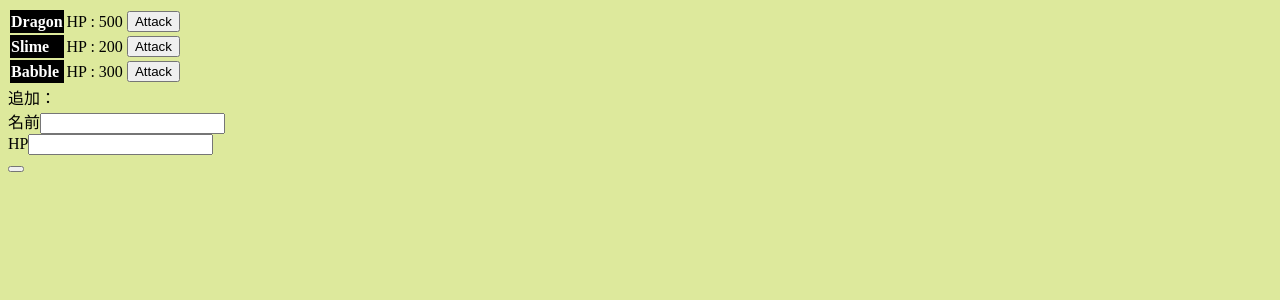
Repository: minoto9/vue_tutorial
Page: sampler/index.html
The author's editor kept a copy of each file at every save. The page is drawn from the files as they stood at one save, then again after the next save.
The browser window is 1280 px wide. The pictures show the whole page.

Above is the page before, as saved 2019-07-10 20:58:13.

### sampler/index.html
<!DOCTYPE html>
<html lang="ja">
<head>
    <meta charset="UTF-8">
    <meta name="viewport" content="width=device-width, initial-scale=1.0">
    <meta http-equiv="X-UA-Compatible" content="ie=edge">
    <link rel="stylesheet" href="style.css">
    <script src="https://cdn.jsdelivr.net/npm/vue@2.6.10/dist/vue.js"></script>
    <title>Document</title>
</head>
<body>
    <div id="app">
        <table>
            <tr v-for="item in list" v-bind:key="item.id">
                <td class="monsterName" v-bind:class="{warn: item.hp <= item.hp / 10}">{{ item.name }}</td>
                <td>HP : {{ item.hp }}</td>
                <td><button v-on:click="attack">Attack</button></td>
            </tr>
        </table>
        追加：<br>
        名前<input v-model="name"><br>
        HP<input v-model="hp"><br>
        <button v-on:click="doAdd"></button>
    </div>
    <script src="./main.js"></script>
</body>
</html>

### sampler/style.css
html {
    background-color: rgba(177, 204, 22, 0.425)
}

li {
    list-style: none;
}

.monsterName {
    background-color: black;
    color: white;
    font-weight: bold;
}

.warn {
    background-color: red;
}

### sampler/main.js
new Vue({
    el: '#app',
    data: {
        list: [
            {id: 1, name: "Dragon", hp: 500},
            {id: 2, name: "Slime", hp: 200},
            {id: 3, name: "Babble", hp: 300}
        ]
    },
    method: {
        doAdd: function() {
            var max = this.list.reduce(function(a,b) {
                return a > b.id ? a : b.id
            }, 0)
            this.list.push({
                id: max + 1,
                name: this.name,
                hp: this.hp
            })
        }
    }
})

After the next save:
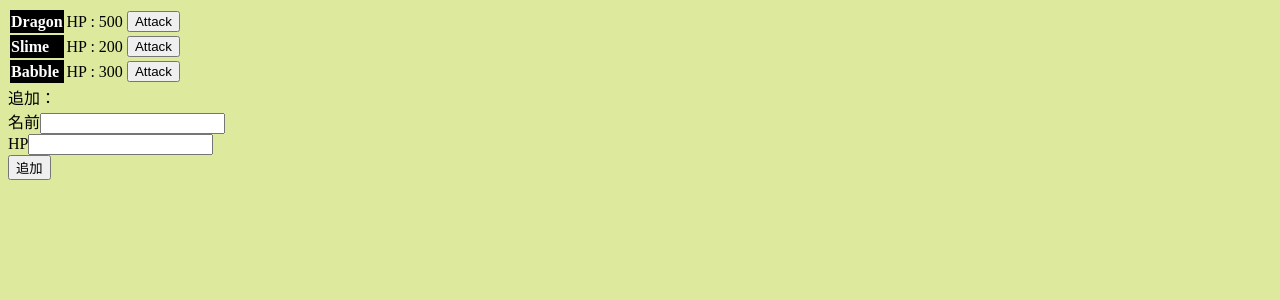
Saved 4 s later.
--- a/sampler/index.html
+++ b/sampler/index.html
@@ -20,7 +20,7 @@
         追加：<br>
         名前<input v-model="name"><br>
         HP<input v-model="hp"><br>
-        <button v-on:click="doAdd"></button>
+        <button v-on:click="doAdd">追加</button>
     </div>
     <script src="./main.js"></script>
 </body>
